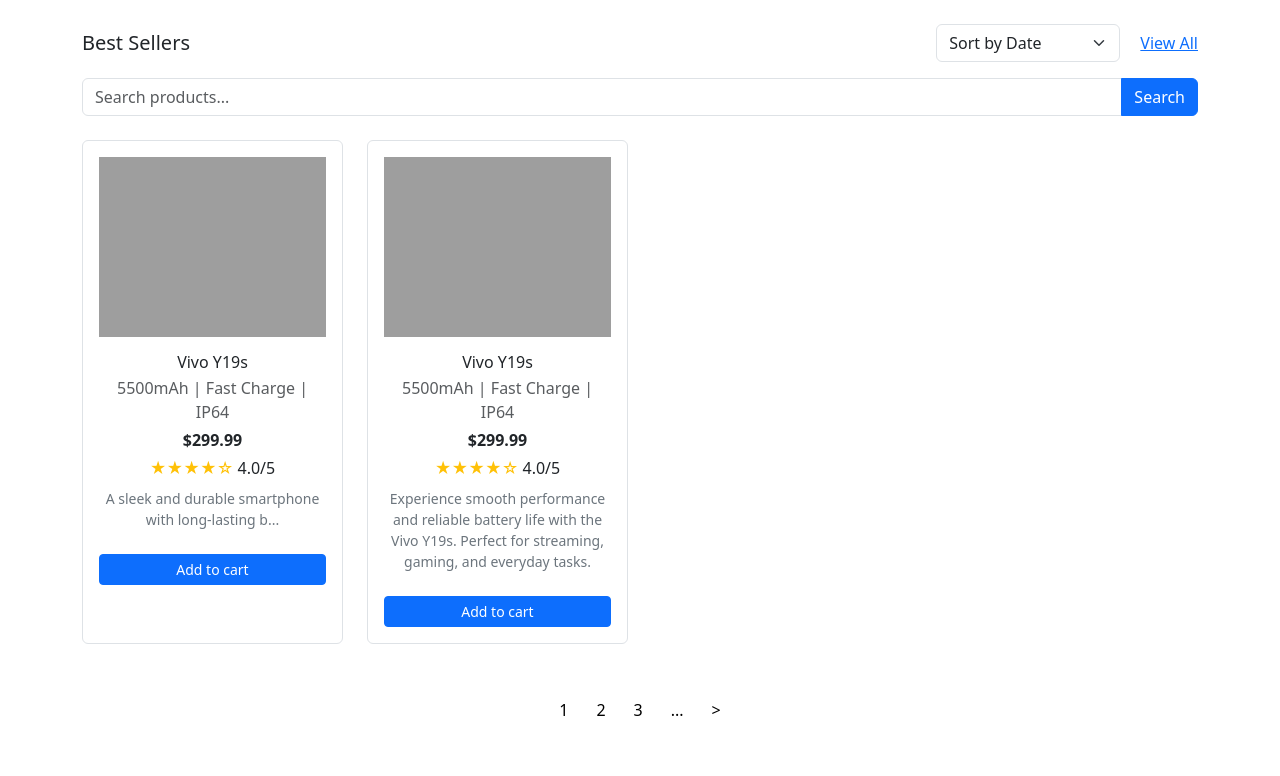
Repository: Darkrepo23/Ecommerce-Manalastas-project
Page: index.html
These files come from the project's save history. The page is drawn as it stood at one moment and after the next save; the edit follows.
The browser window is 1280 px wide. The pictures show the part of the page from y = 470 to 1246 px (the page is 1883 px tall).
Pictures or frames that could not be fetched are drawn as grey boxes. Some web libraries are served in a nearby version.

Above is the page before, as saved 2026-01-06 10:39:52.

After the next save:
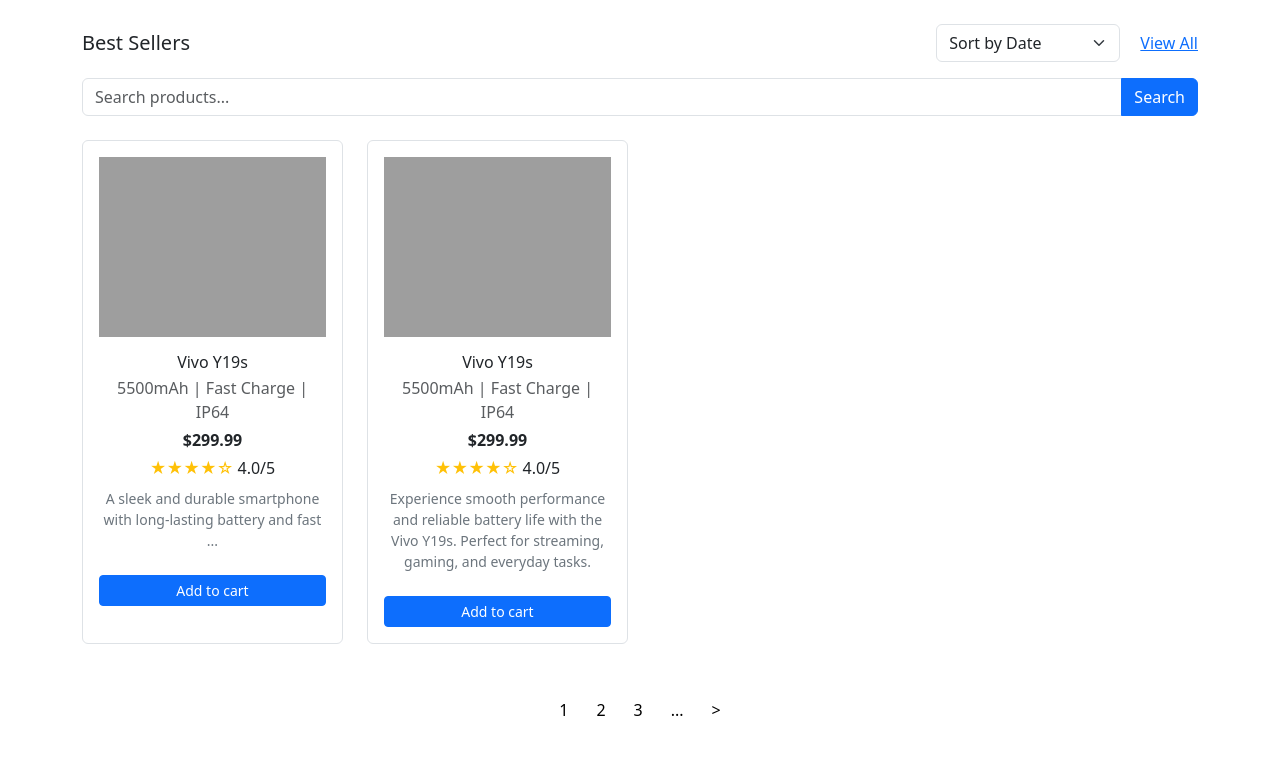
Saved 16 s later.
--- a/index.html
+++ b/index.html
@@ -466,7 +466,7 @@
     <!-- Bootstrap JS and Popper.js (required for dropdowns) -->
     <script>
         document.addEventListener("DOMContentLoaded", function () {
-            function truncateParagraph(pId, maxLength = 50) {
+            function truncateParagraph(pId, maxLength = 100) {
                 const p = document.getElementById(pId);
                 if (!p) return;
 
